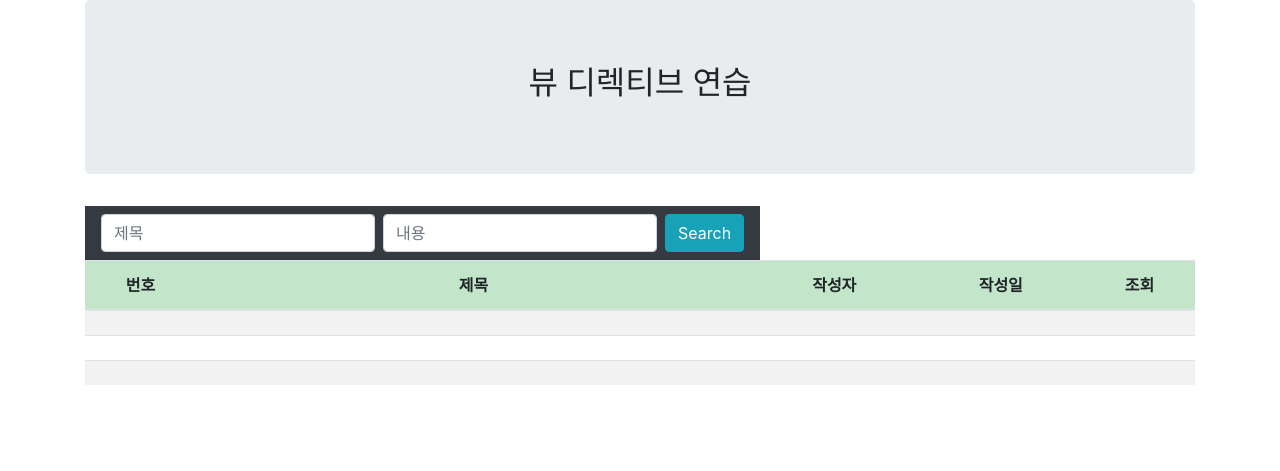
Repository: arongss/java
Page: springweb/src/main/webapp/a02_vue/a02_directive.html
An editor plug-in stored every save of this project. The page is shown before and after the next save, followed by the edit.
The browser window is 1280 px wide. The pictures show the whole page.

Above is the page before, as saved 2023-02-01 07:28:32.

After the next save:
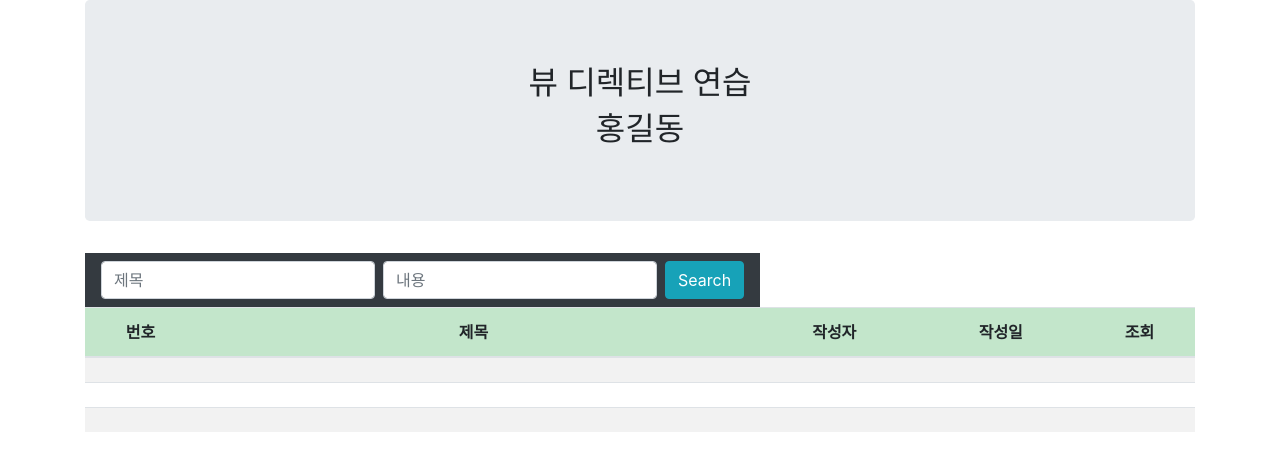
Saved 81 s later.
--- a/springweb/src/main/webapp/a02_vue/a02_directive.html
+++ b/springweb/src/main/webapp/a02_vue/a02_directive.html
@@ -22,7 +22,7 @@
 	$(document).ready(function(){
 		var vm = new Vue({
 			el:".container",
-			data:{msg:"뷰 디렉티브 연습"}
+			data:{msg:"뷰 디렉티브 연습", name:"홍길동"}
 		})
 	});
 </script>
@@ -32,6 +32,7 @@
 <div class="container">
 	<div class="jumbotron text-center">
 	  <h2 >{{msg}}</h2>
+	  <h2 v-text="name"></h2>
 	</div>
 	<form id="frm01" class="form-inline"  method="post">
   	<nav class="navbar navbar-expand-sm bg-dark navbar-dark">
